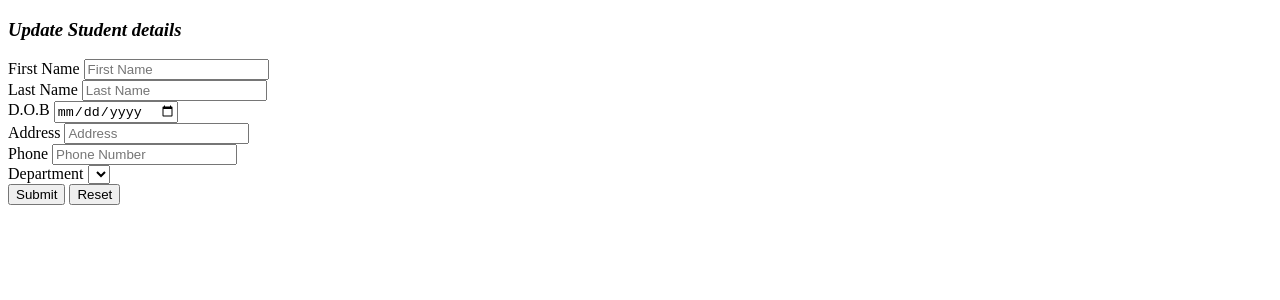
Repository: shubhamsingh331/Learners_Academy
Page: http://localhost/LearnersAcademy/Students/Edit.jsp
An editor plug-in stored every save of this project. The page is shown before and after the next save, followed by the edit.
The browser window is 1280 px wide. The pictures show the whole page.
The page is served by Tomcat 9.

Above is the page before, as saved 2023-10-11 09:05:50.

After the next save:
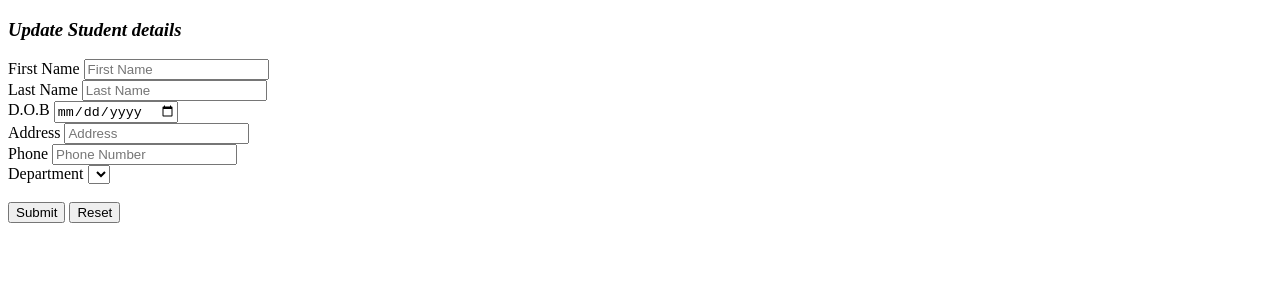
Saved 24 s later.
--- a/LearnersAcademy/src/main/webapp/Students/Edit.jsp
+++ b/LearnersAcademy/src/main/webapp/Students/Edit.jsp
@@ -33,7 +33,7 @@ String dbPassword = "123456";
     	%>
     	<option><%=rs.getString(1) %></option>
 <%}%>
-</select><br>
+</select><br><br>
 <input type="submit" value="Submit">
 <input type="reset" value="Reset">
 
